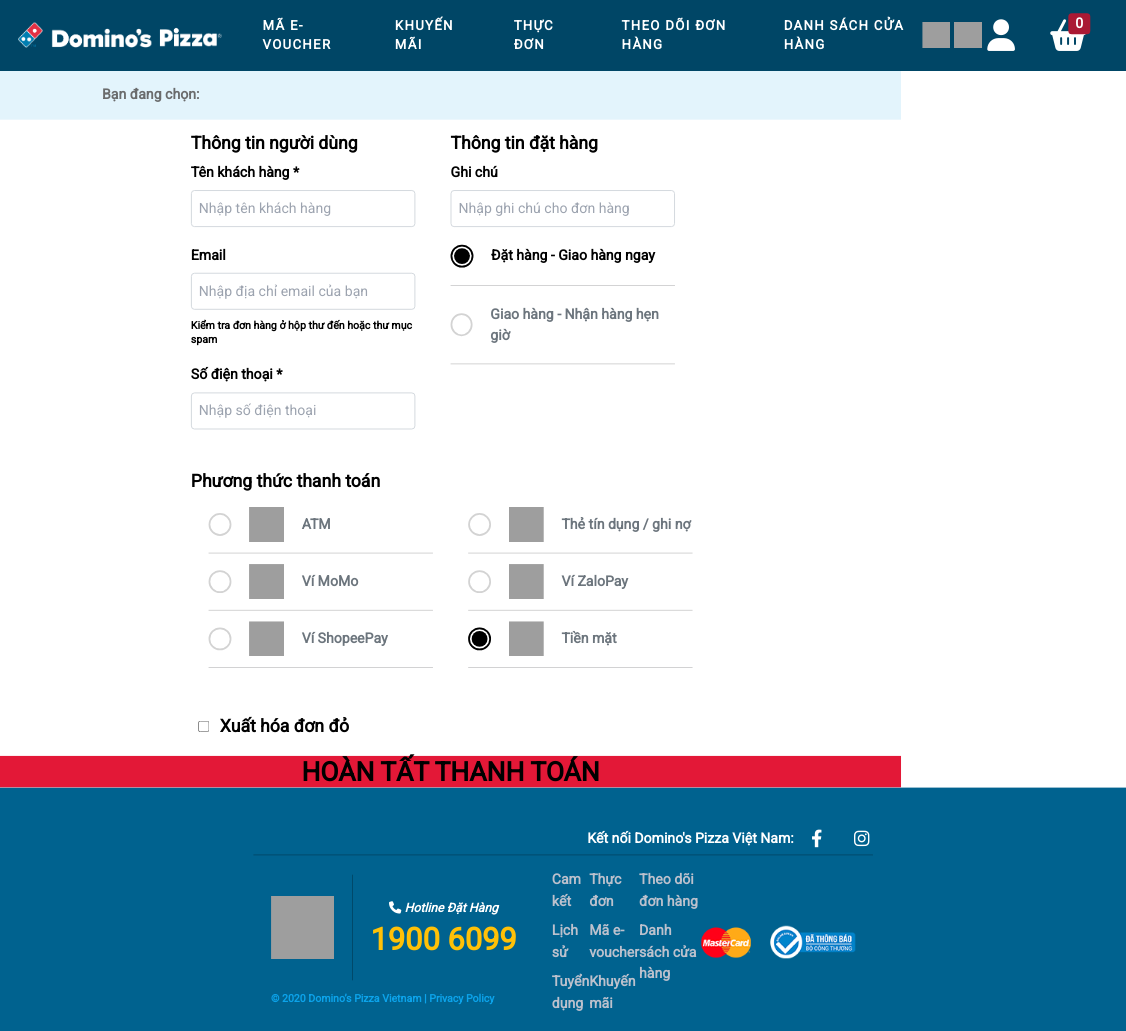
Repository: iphoneboy46/pizza-domino
Page: /thanhtoan
An editor plug-in stored every save of this project. The page is shown before and after the next save, followed by the edit.
The browser window is 1280 px wide. The pictures show the whole page, at 88% of full size.
Pictures or frames that could not be fetched are drawn as grey boxes. The page's requests for data from a server got no answer. Some web libraries are served in a nearby version. The project was rebuilt for these pictures with package versions that can differ from the ones it lists, and the page was loaded fresh each time. No one was signed in, and anything a server would have sent is missing. Also part of the build but not shown: src/components/Slides/Slides.css, src/components/Slides/Slides.js, src/components/SearchAddress/SearchAddress.css, src/components/SearchAddress/SearchAddress.js, src/components/page/Order/Order.js, src/components/page/Home/Home.css, src/components/page/Login/Login.css, src/components/page/InputField/InputField.js and 35 more.

Above is the page before, as saved 2023-03-01 14:13:57.

After the next save:
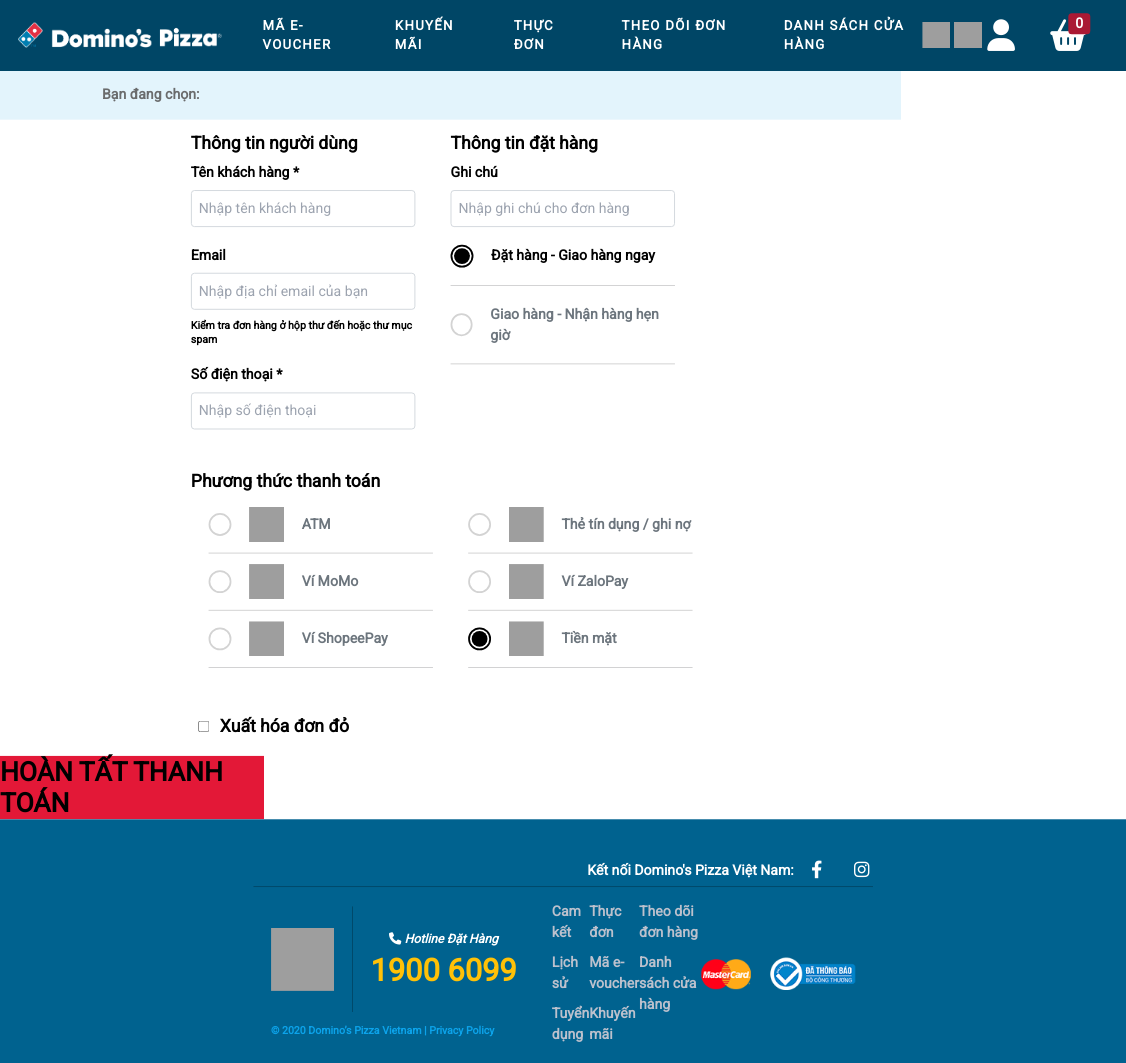
Saved 14 s later.
--- a/src/components/page/ThanhToan/ThanhToan.js
+++ b/src/components/page/ThanhToan/ThanhToan.js
@@ -415,7 +415,7 @@
               </div>
             )}
           </div>
-          <div className="flex justify-center font-bold text-3xl uppercase bg-[#E31837]">Hoàn tất thanh toán</div>
+          <div className="flex justify-center font-bold text-3xl uppercase bg-[#E31837] w-[300px]">Hoàn tất thanh toán</div>
         </div>
 
         <div className="w-[20%]"></div>
